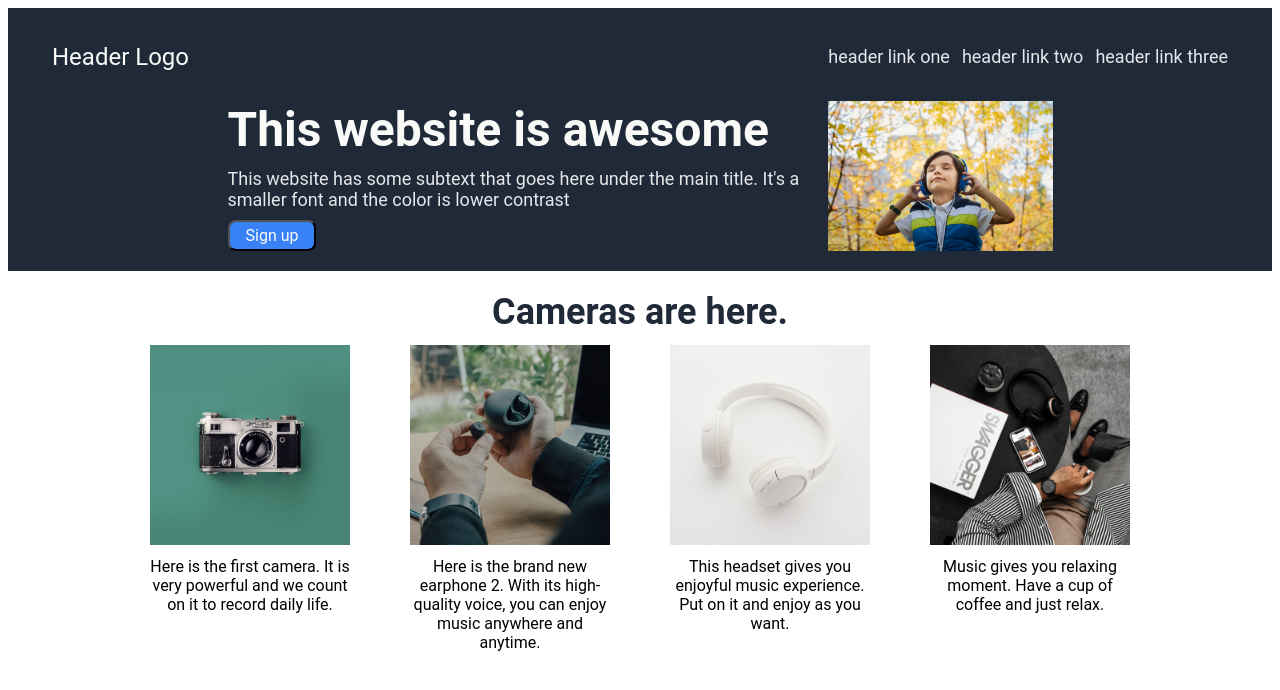
Repository: z1youRA/FirstWebsite
Page: index.html
These files come from the project's save history. The page is drawn as it stood at one moment and after the next save; the edit follows.
The browser window is 1280 px wide. The pictures show the whole page.

Above is the page before, as saved 2021-11-25 17:58:35.

After the next save:
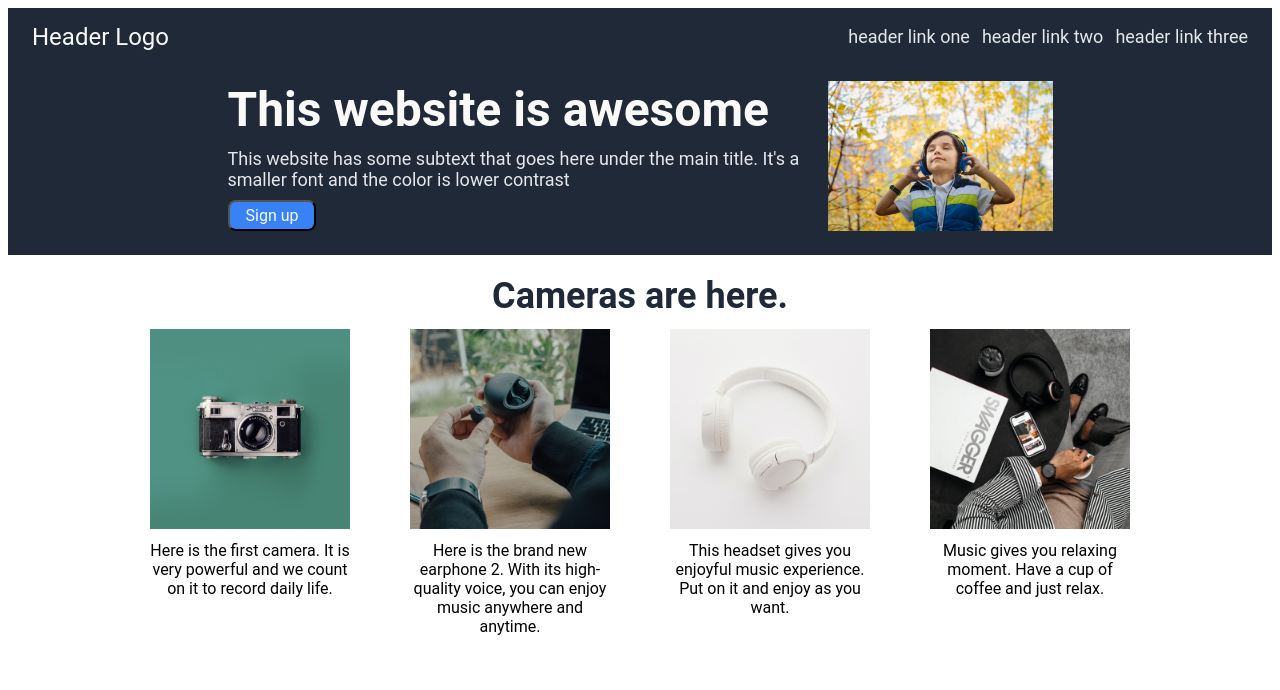
Saved 7 s later.
--- a/styles.css
+++ b/styles.css
@@ -6,7 +6,7 @@
     background-color: #1f2937;
     display: flex;
     flex-direction: column;
-    padding: 20px
+    padding-bottom: 24px;
 }
 
 .hero .header {
